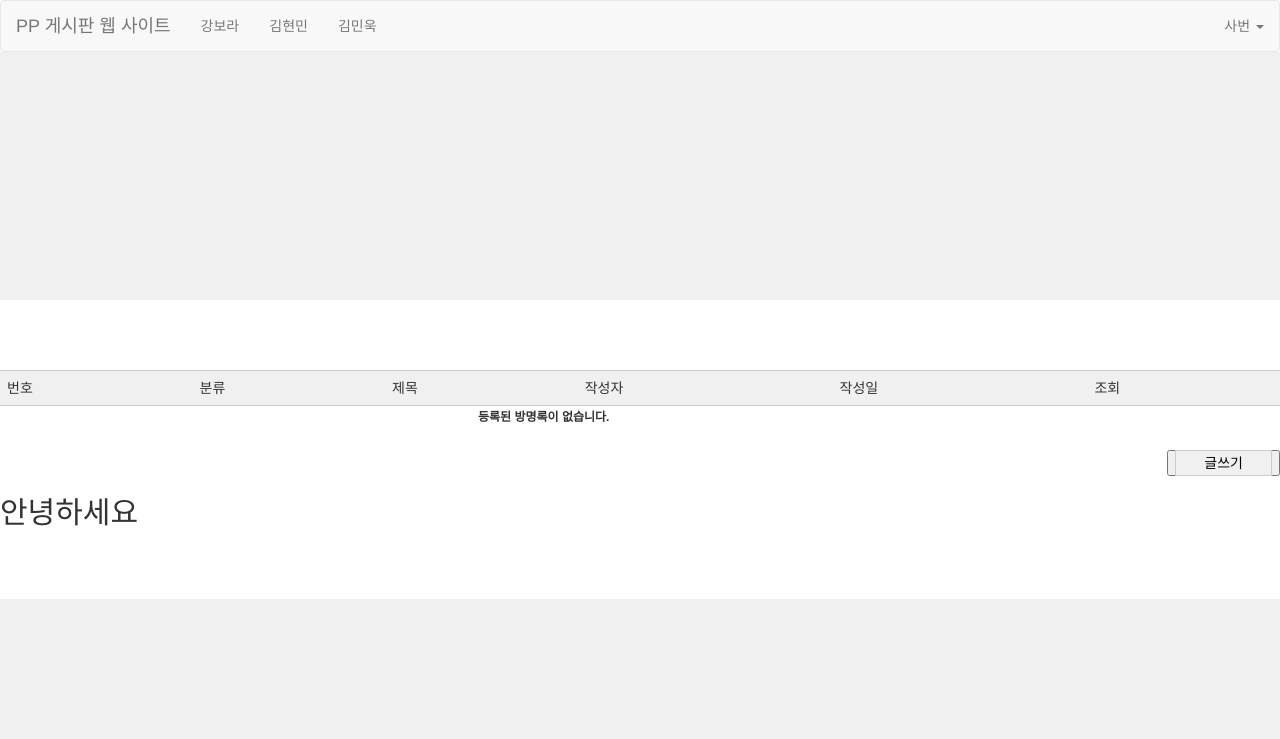
Repository: hyunminini/CommunityPage
Page: http://localhost/PP_Project/empMain.jsp
These files come from the project's save history. The page is drawn as it stood at one moment and after the next save; the edit follows.
The browser window is 1280 px wide. The pictures show the whole page.
Some web libraries are served in a nearby version. The page is served by Tomcat 9. Other server files are loaded and not shown. The template is opened directly, without the code that normally fills it, so the values that code supplies are empty.

Above is the page before, as saved 2022-09-28 09:14:30.

### PP_Project/WebContent/empMain.jsp
<%@ page language="java" contentType="text/html; charset=utf-8" pageEncoding="utf-8"%>
<%@ taglib prefix="c" uri="http://java.sun.com/jsp/jstl/core" %>
<%@ taglib prefix="fn" uri="http://java.sun.com/jsp/jstl/functions" %>

<!DOCTYPE html>
<html>
<head>
<meta http-equiv="Content-Type" content="text/html; charset=utf-8">
<meta name="viewport" content="width=device-width" initial-scal="1">
<link rel="stylesheet" href="css/bootstrap.css">
<link rel="stylesheet" href="css/layout.css">
<link rel="stylesheet" href="css/board-list.css">
<title>Main.jsp</title>


</head>
<body>

<!-- 네비게이션 -->
<nav class="navbar navbar-default">
		<!-- 네비게이션 상단 Header  -->
		<div class="navnar-header">
			<button
				type="button"
				class="navbar-toggle collapese"
				data-toggle="collapse"
				data-target="#bs-example-navbar-collapse-1"
				aria-expanded="false">

				<span class="icon-bar"></span>
				<span class="icon-bar"></span>
				<span class="icon-bar"></span>
			</button>
			<a class="navbar-brand" href="main.jsp">
				PP 게시판 웹 사이트
			</a>
		</div>

		<!-- 메뉴 영역 깃허브 링크 이동 -->
		<div class="collapse navbar-collapse" id="bs-example-navbar-collapse-1">
			<ul class="nav navbar-nav">
				<li><a href="#">강보라</a></li>
				<li><a href="#">김현민</a></li>
				<li><a href="#">김민욱</a></li>
			</ul>

			<!-- 메뉴 드랍다운 영역 -->
			<ul class="nav navbar-nav navbar-right">
				<li class="dropdown">
					<a href="#"
						class="dropdown-toggle"
						data-toggle="dropdown"
						role="button"
						aria-haspopup="true"
						aria-expanded="false"
					>
						사번  ${sessionScope.empno}

					<span class="caret"></span>
					</a>

				<!-- 드랍다운 아이템 영역 -->
				<ul class="dropdown-menu">
					<li class="active">
						<a href="logoutAction.jsp">로그아웃</a>
					</li>
				</ul>
			</li>
		</ul>
	</div>
</nav>

	<!-- 메인 이미지 -->
<div class="mainImg"></div>




<table align="center" border="0" cellpadding="5" cellspacing="2" width="100%" bordercolordark="white" bordercolorlight="black">

	<tr class="list-title">
        <td>
        	<p>번호</p>
        </td>
        <td>
			<p>분류</p>
        </td>
        <td>
			<p>제목</p>
        </td>
        <td>
			<p>작성자</p>
        </td>
        <td>
			<p>작성일</p>
        </td>
        <td>
			<p>조회</p>
        </td>
    </tr>

 	<c:if test="${empty Main || fn:length(Main) == 0}">
		<tr>
	        <td colspan="5">
	            <p align="center"><b><span style="font-size:9pt;">등록된 방명록이 없습니다.</span></b></p>
	        </td>
	    </tr>
	</c:if>
		<c:forEach items="${requestScope.admin_entity}" var="data">

				    <tr class="board-list">
				        <td>
				            <p>공지사항</p>
				        </td>
				        <td>
				            <p>${data.category}</p>
				        </td>

			     		<td >
				            <p>
				           		<a href="ppProject.do?command=read&board_cnum=${data.board_cnum}"> <strong>${data.title}</strong></a>
				            </p>
				        </td>

				       <td>
				            <p>${data.ename}</p>
				        </td>
				        <td >
				            <p>${data.write_date}</p>
				        </td>
				        <td>
				            <p>${data.readnum}</p>
				        </td>
				    </tr>

			</c:forEach>
	<%-- ArrayList에  BoardDTO 객체를 하나하나 data라는 반복 대입해서 사용 --%>
	<c:forEach items="${requestScope.Main}" var="data">
		    <tr class="board-list">
		        <td>
		            <p>${data.board_cnum}</p>
		        </td>

		        <td>
		            <p>${data.category}</p>
		        </td>

	     		<td >
		            <p>
		           		<a href="board.do?command=read&board_cnum=${data.board_cnum}">${data.title}</a>
		            </p>
		        </td>

		       <td>
		            <p>${data.ename}</p>
		        </td>
		        <td >
		            <p>${data.write_date}</p>
		        </td>
		        <td>
		            <p>${data.readnum}</p>
		        </td>
		    </tr>
	</c:forEach>


</table>
<div class="add-wrap">
	<form action="board.do" method="post">

	<button type="submit"><a href="board.do?command=write&empno=${empno}">글쓰기</a></button>


	<input type="hidden" name="empno" value="${empno}"></input>

	</form>
</div>
<div><h2>안녕하세요</h2></div>
<footer>
	<div class="max-wrap">

	</div>
</footer>

<script src="https://code.jquery.com/jquery-3.1.1.min.js"></script>
<script src="js/bootstrap.js"></script>

</body>
</html>

### PP_Project/WebContent/css/layout.css
@charset "UTF-8";

	.navbar {
		margin: 0;
	}
	.mainImg {
		background: #f0f0f0;
		width: 100%;
		height: 248px;
	}

	footer {
		width:100%;
		height: 10em;
		margin: 0 auto;
		background: #f0f0f0;
		margin-top: 5em;
	}

### PP_Project/WebContent/css/board-list.css
@charset "UTF-8";

table {
	margin-top: 5em;
}

.list-title {
}

.list-title td {
	background: #f0f0f0;
	border-top: 1px solid #ccc;
	border-bottom: 1px solid #ccc;
}

.list-title p {
	margin: 0;
	padding: 0.5em;
}

.board-list td {
	border-bottom: 1px solid #ccc;
}

.board-list p {
	margin: 0;
	padding: 0.5em;
}

.board-list p a {
	color: #000;
}

.add-wrap a {
	padding: 0.3em 2em 0.3em 2em;
	background: #f0f0f0;
	border: 1px solid #ccc;
	color: #000;
}

.add-wrap {
	margin-top: 1em;
	text-align:right;
}

Loaded but not shown: PP_Project/WebContent/css/bootstrap.css (library); PP_Project/WebContent/js/bootstrap.js (library)

After the next save:
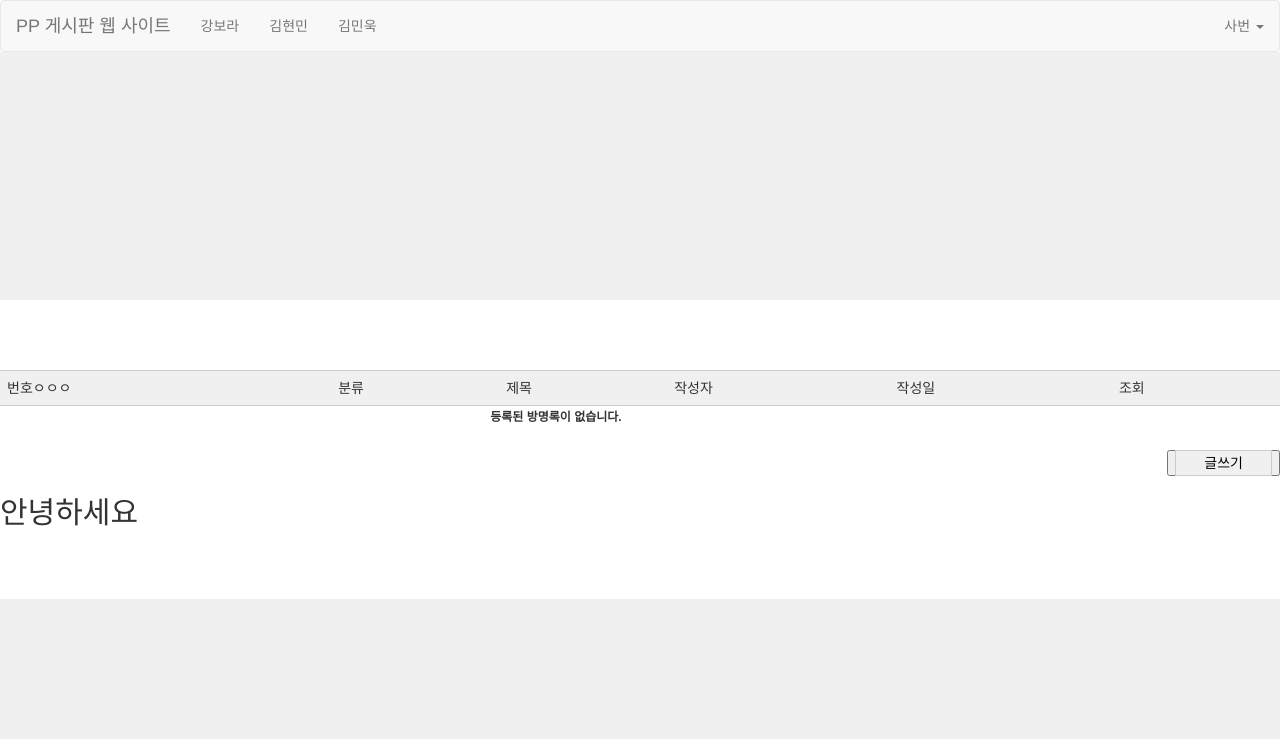
Saved 4 s later.
--- a/PP_Project/WebContent/empMain.jsp
+++ b/PP_Project/WebContent/empMain.jsp
@@ -80,7 +80,7 @@
 
 	<tr class="list-title">
         <td>
-        	<p>번호</p>
+        	<p>번호ㅇㅇㅇ</p>
         </td>
         <td>
 			<p>분류</p>
